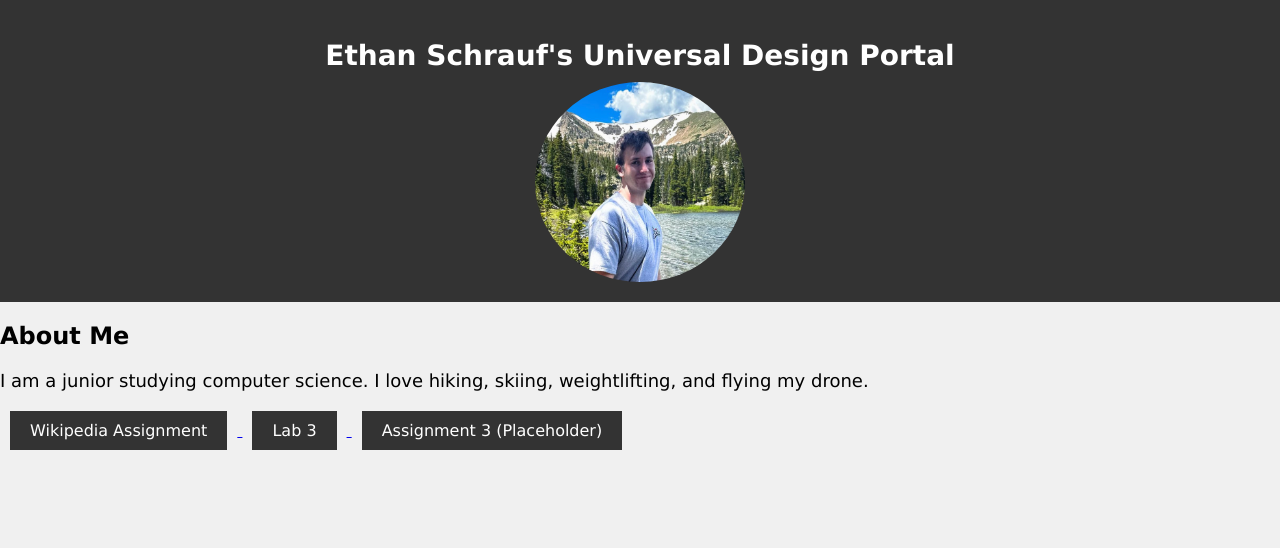
Repository: ethan-schrauf/UniversalDesignWebsite
Page: index.html
The author's editor kept a copy of each file at every save. The page is drawn from the files as they stood at one save, then again after the next save.
The browser window is 1280 px wide. The pictures show the whole page.

Above is the page before, as saved 2023-10-16 16:34:33.

After the next save:
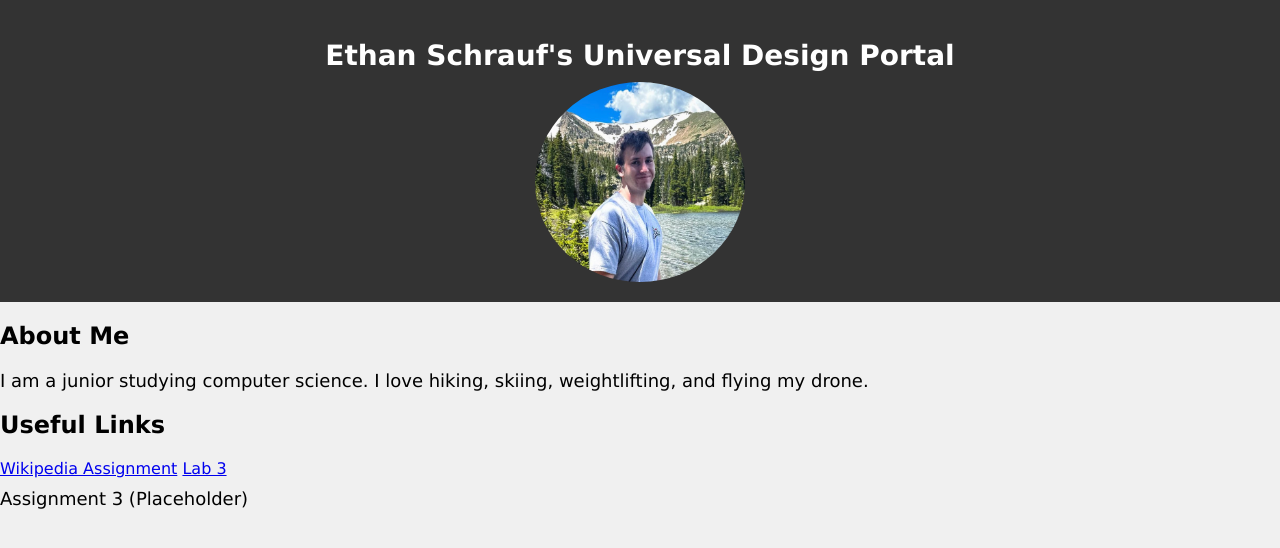
Saved 2 min 8 s later.
--- a/index.html
+++ b/index.html
@@ -18,13 +18,10 @@
     </section>
 
     <section>
-        <a href="wikipedia.html" target="_blank">
-            <button>Wikipedia Assignment</button>
-        </a>
-        <a href="lab3.html" target="_blank">
-            <button>Lab 3</button>
-        </a>
-        <button>Assignment 3 (Placeholder)</button>
+        <h2>Useful Links</h2>
+        <a href="wikipedia.html" target="_blank">Wikipedia Assignment</a>
+        <a href="lab3.html" target="_blank">Lab 3</a>
+        <p>Assignment 3 (Placeholder)</p>
     </section>
 </body>
 </html>

After the save that followed:
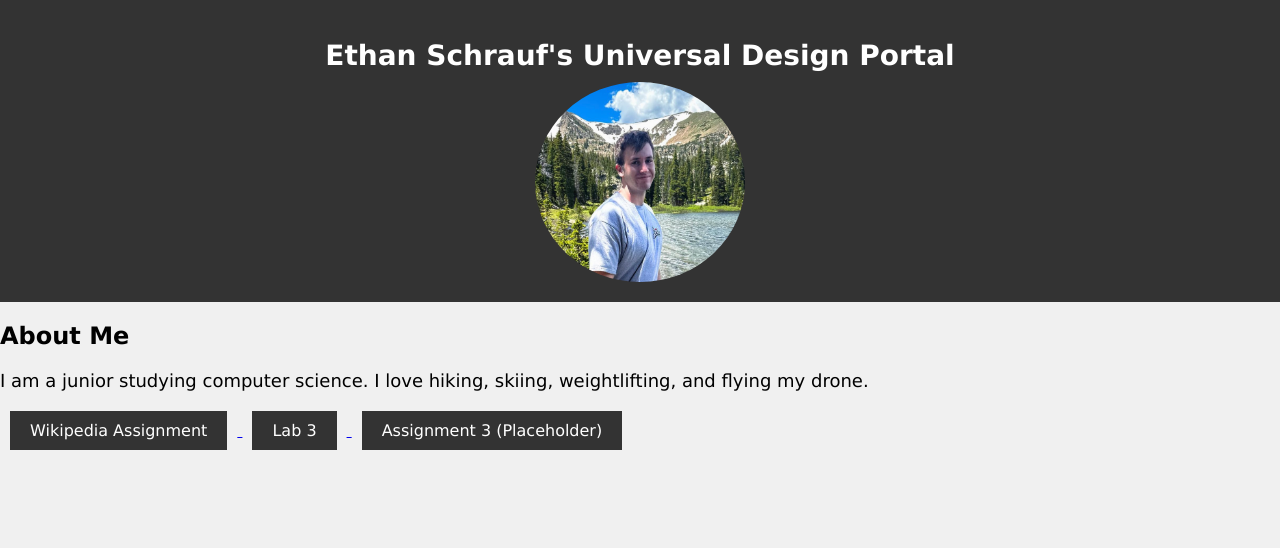
Saved 86 s later.
--- a/index.html
+++ b/index.html
@@ -17,11 +17,15 @@
         <p>I am a junior studying computer science. I love hiking, skiing, weightlifting, and flying my drone.</p>
     </section>
 
+    <!-- FIX -->
     <section>
-        <h2>Useful Links</h2>
-        <a href="wikipedia.html" target="_blank">Wikipedia Assignment</a>
-        <a href="lab3.html" target="_blank">Lab 3</a>
-        <p>Assignment 3 (Placeholder)</p>
+        <a href="wikipedia.html" target="_blank">
+            <button>Wikipedia Assignment</button>
+        </a>
+        <a href="lab3.html" target="_blank">
+            <button>Lab 3</button>
+        </a>
+        <button>Assignment 3 (Placeholder)</button>
     </section>
 </body>
 </html>
